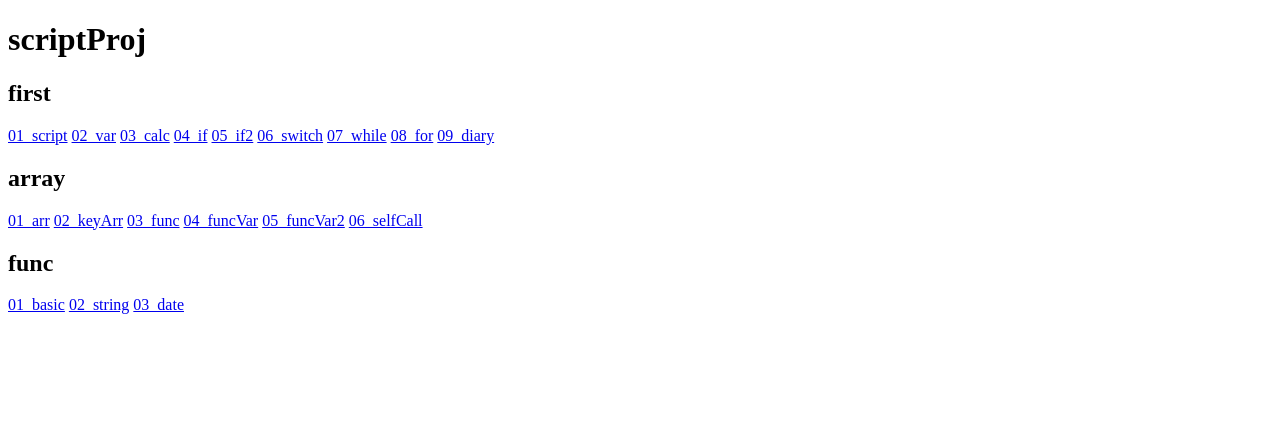
Repository: psun2/Korea-IT-Academy
Page: (back up) _ 오전/study_a/web_work/scriptProj/WebContent/index.html
These files come from the project's save history. The page is drawn as it stood at one moment and after the next save; the edit follows.
The browser window is 1280 px wide. The pictures show the whole page.

Above is the page before, as saved 2020-08-04 05:51:59.

### (back up) _ 오전/study_a/web_work/scriptProj/WebContent/index.html
<!DOCTYPE html>
<html>
<head>
<meta charset="UTF-8">
<title>scriptProj</title>
</head>
<body>
<h1>scriptProj</h1>
<h2>first</h2>
<a href="first/01_script.html">01_script</a>
<a href="first/02_var.html">02_var</a>
<a href="first/03_calc.html">03_calc</a>
<a href="first/04_if.html">04_if</a>
<a href="first/05_if2.html">05_if2</a>
<a href="first/06_switch.html">06_switch</a>
<a href="first/07_while.html">07_while</a>
<a href="first/08_for.html">08_for</a>
<a href="first/09_diary.html">09_diary</a>
<h2>array</h2>
<a href="array/01_arr.html">01_arr</a>
<a href="array/02_keyArr.html">02_keyArr</a>
<a href="array/03_func.html">03_func</a>
<a href="array/04_funcVar.html">04_funcVar</a>
<a href="array/05_funcVar2.html">05_funcVar2</a>
<a href="array/06_selfCall.html">06_selfCall</a>
<h2>func</h2>
<a href="func/01_basic.html">01_basic</a>
<a href="func/02_string.html">02_string</a>
<a href="func/03_date.html">03_date</a>
</body>
</html>

After the next save:
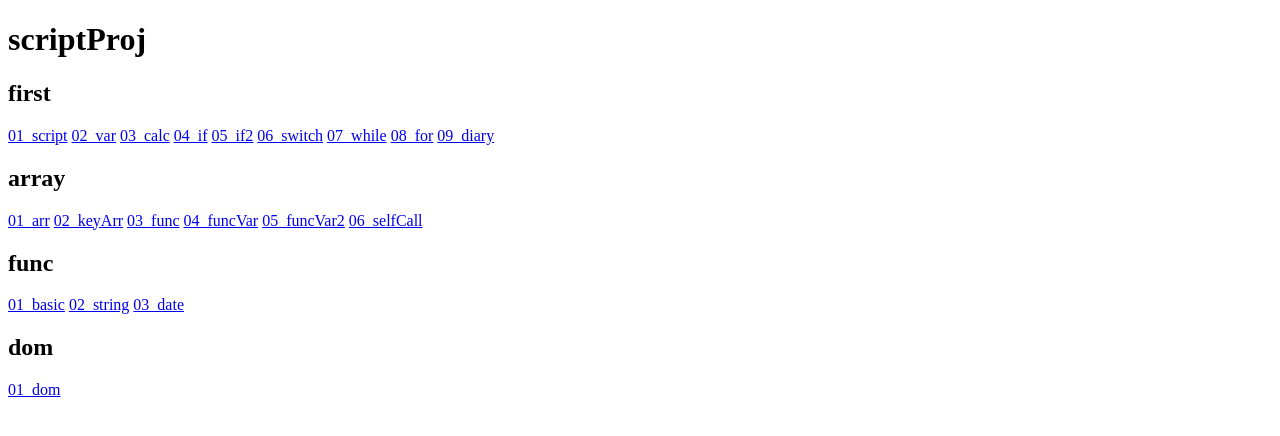
Saved 18 h 18 min later.
--- a/(back up) _ 오전/study_a/web_work/scriptProj/WebContent/index.html
+++ b/(back up) _ 오전/study_a/web_work/scriptProj/WebContent/index.html
@@ -27,5 +27,7 @@
 <a href="func/01_basic.html">01_basic</a>
 <a href="func/02_string.html">02_string</a>
 <a href="func/03_date.html">03_date</a>
+<h2>dom</h2>
+<a href="dom/01_dom.html">01_dom</a>
 </body>
 </html>
